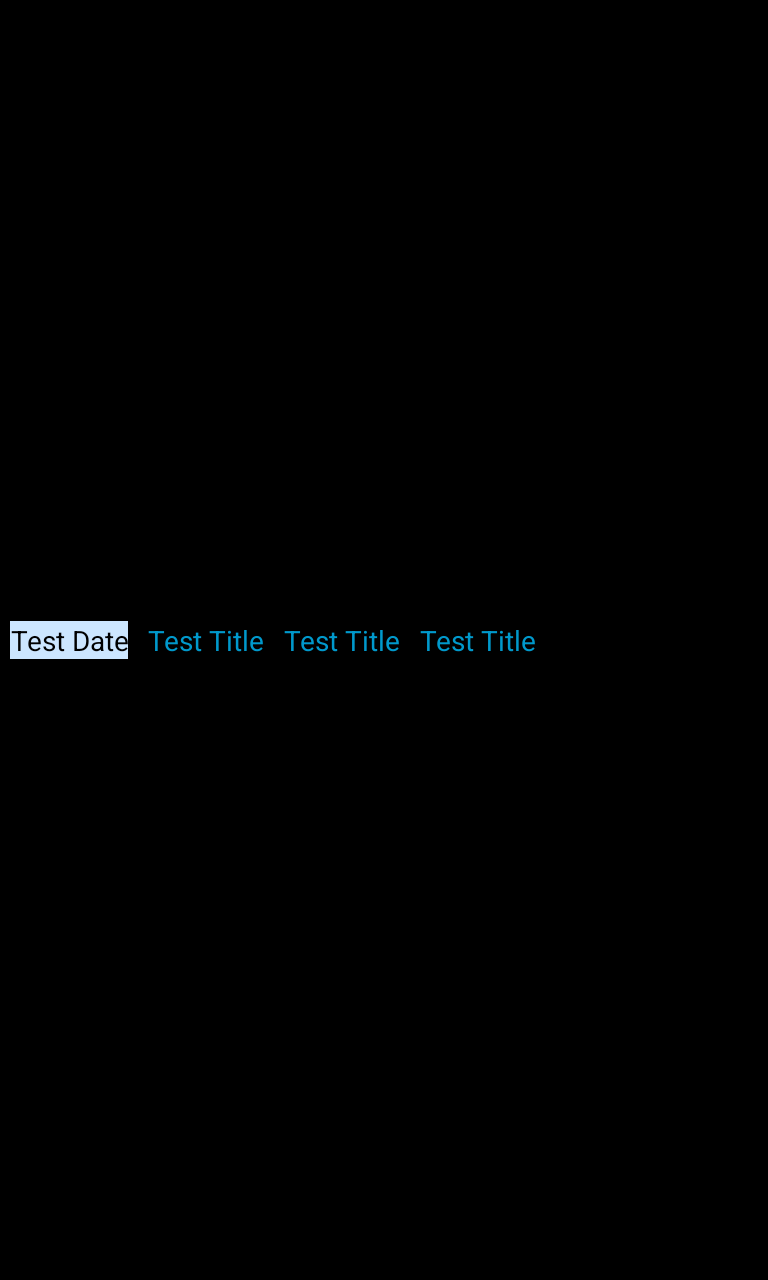
Repository: titango/androidass1
Layout: uTask/res/layout/task_list_item.xml
The author's editor kept a copy of each file at every save. The layout is drawn from the files as they stood at one save, then again after the next save.
It is drawn on a 768 x 1280 px phone screen (xhdpi) without system bars, with theme NoActionBar; the app's code is not run.

Above is the layout before, as saved 2013-03-31 23:38:17.

After the next save:
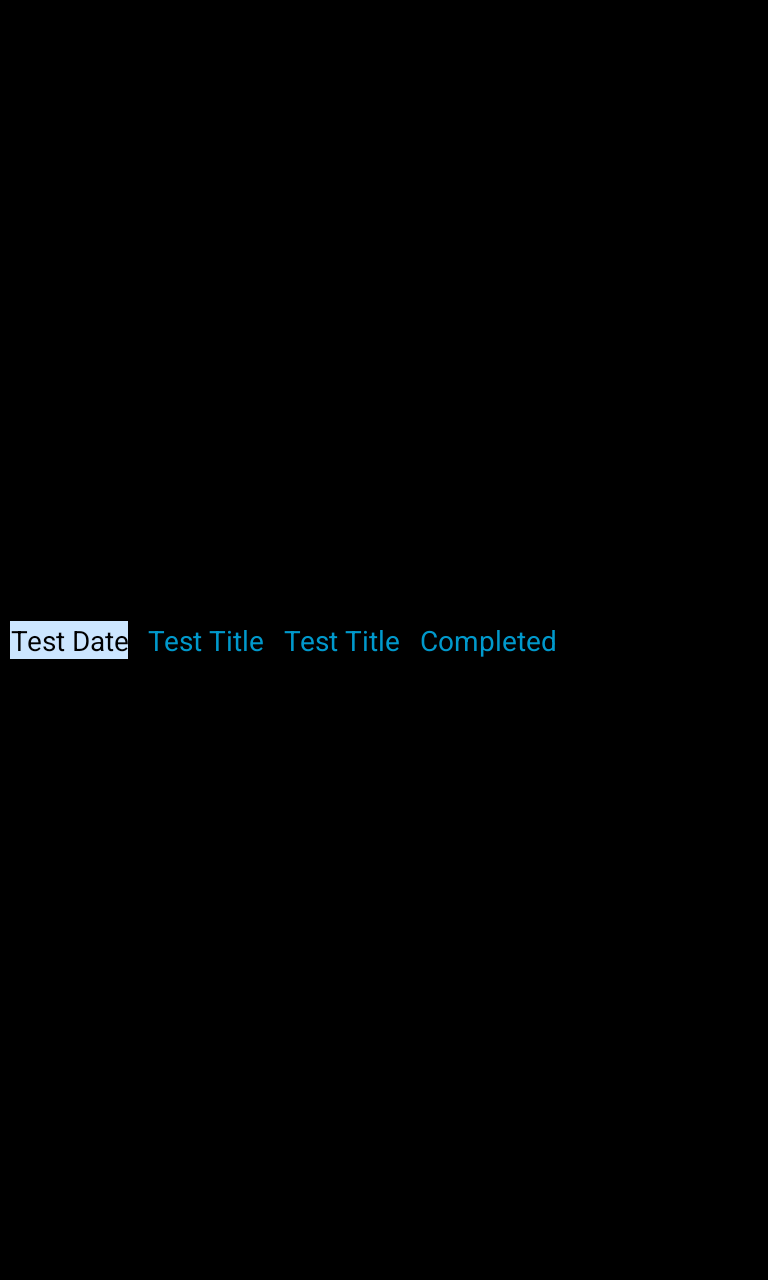
Saved 5 s later.
--- a/uTask/res/layout/task_list_item.xml
+++ b/uTask/res/layout/task_list_item.xml
@@ -40,7 +40,7 @@
         android:layout_width="wrap_content"
         android:layout_height="wrap_content"
         android:layout_marginLeft="10dp"
-        android:text="Test Title"
+        android:text="Completed"
         android:textColor="#0099CC" >
     </TextView>
 
